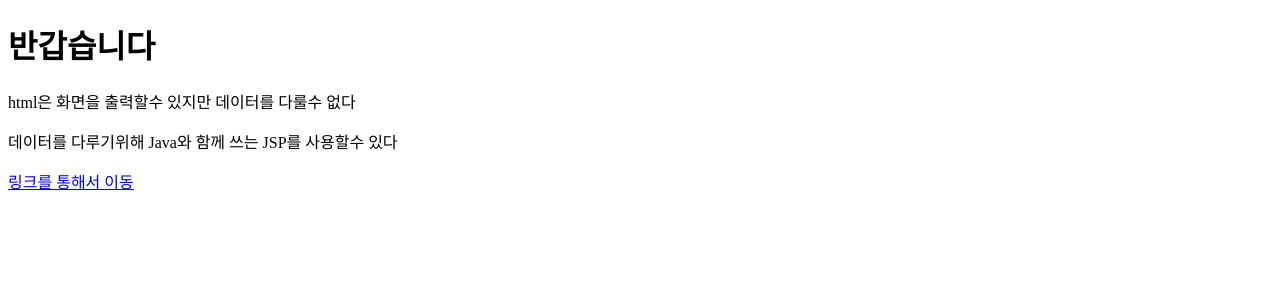
Repository: hj-Seong/Green-Tomcat
Page: Welcome/src/main/webapp/index.html
These files come from the project's save history. The page is drawn as it stood at one moment and after the next save; the edit follows.
The browser window is 1280 px wide. The pictures show the whole page.

Above is the page before, as saved 2022-11-18 08:17:42.

After the next save:
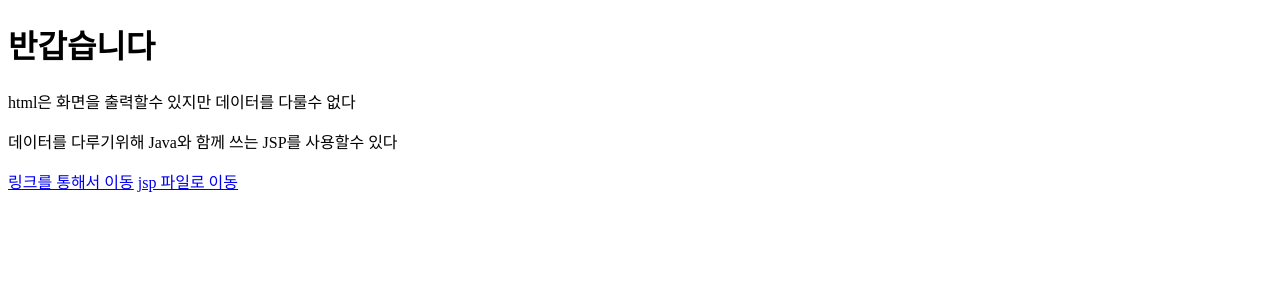
Saved 58 s later.
--- a/Welcome/src/main/webapp/index.html
+++ b/Welcome/src/main/webapp/index.html
@@ -9,5 +9,6 @@
 	<p>html은 화면을 출력할수 있지만 데이터를 다룰수 없다</p>
 	<p>데이터를 다루기위해 Java와 함께 쓰는 JSP를 사용할수 있다</p>
 	<a href="./link.html"> 링크를 통해서 이동</a>
+	<a href="./testpage.jsp">jsp 파일로 이동</a>
 </body>
 </html>
